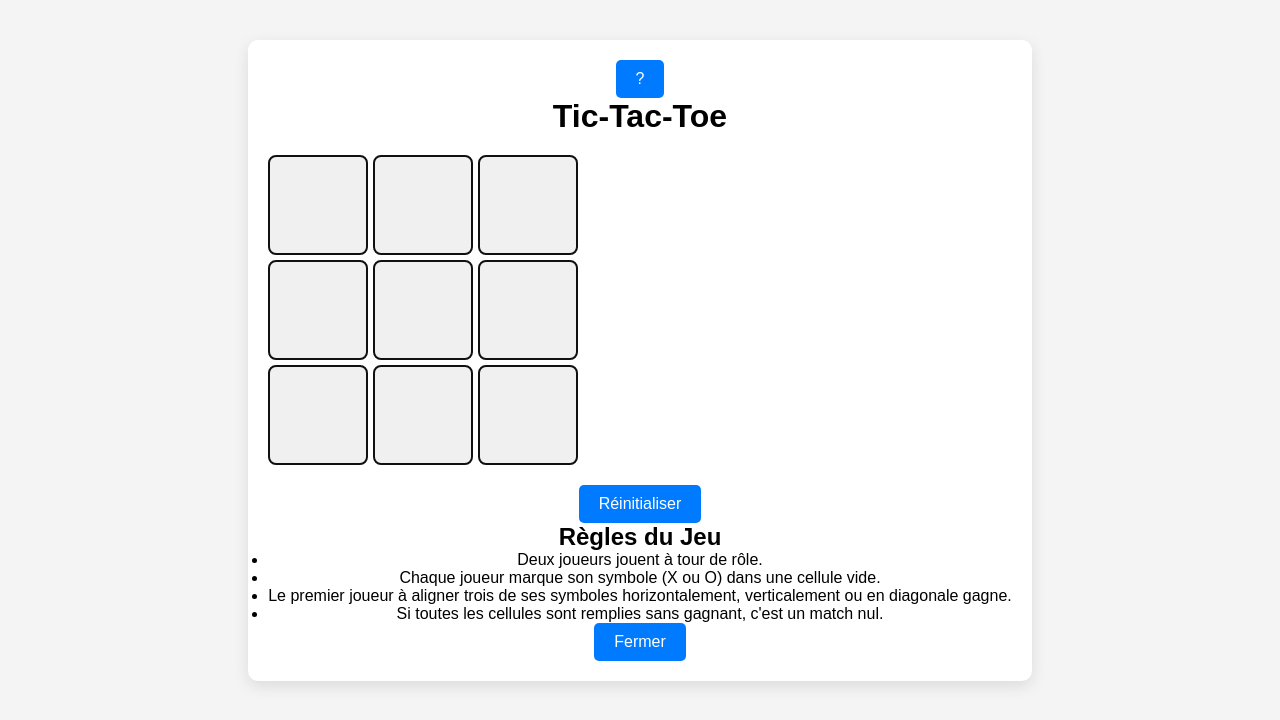
Repository: FTheo57/EvaluationGit
Page: index.html
The author's editor kept a copy of each file at every save. The page is drawn from the files as they stood at one save, then again after the next save.
The browser window is 1280 px wide. The pictures show the whole page.

Above is the page before, as saved 2025-03-10 16:17:40.

After the next save:
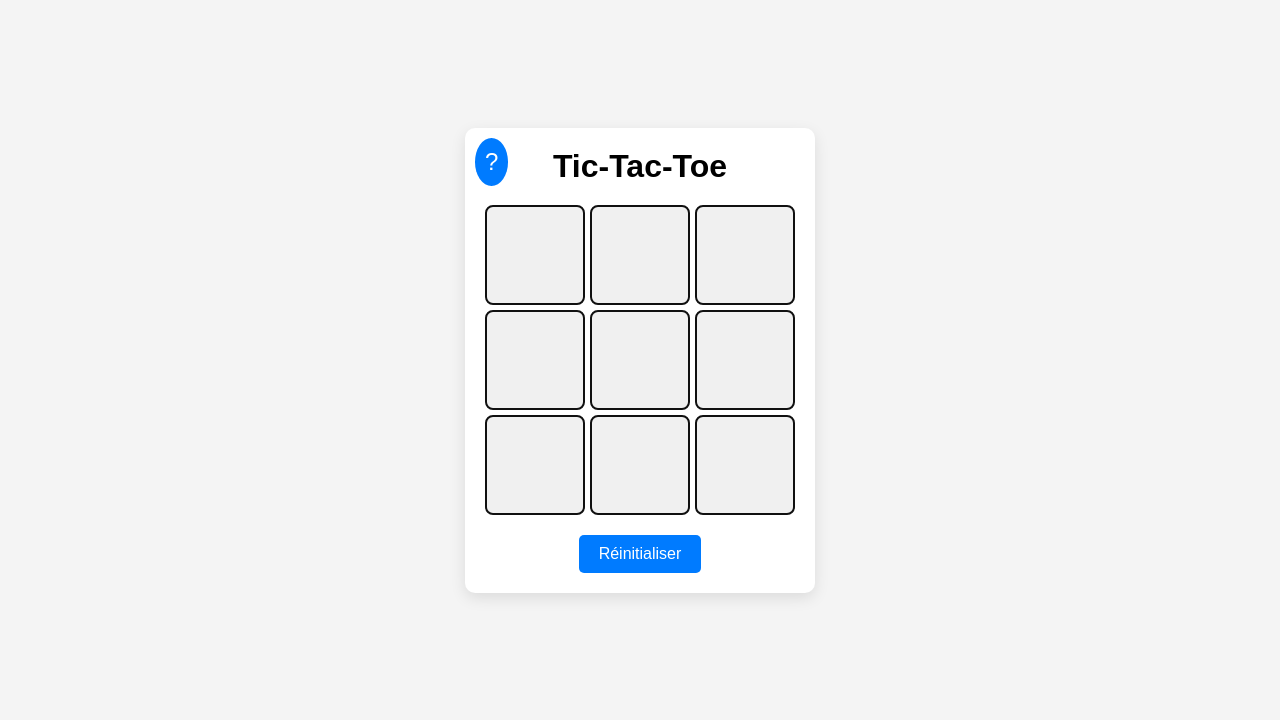
Saved 36 s later.
--- a/css/styles.css
+++ b/css/styles.css
@@ -67,3 +67,63 @@ button {
 button:hover {
     background-color: #0056b3;
 }
+.rules-btn {
+    position: absolute;
+    top: 10px;
+    left: 10px;
+    padding: 10px;
+    font-size: 1.5rem;
+    background-color: #007bff;
+    color: white;
+    border: none;
+    border-radius: 50%;
+    cursor: pointer;
+    transition: background-color 0.3s ease;
+}
+
+.rules-btn:hover {
+    background-color: #0056b3;
+}
+
+/* Styles pour la popup */
+.popup {
+    display: none; /* Cachée par défaut */
+    position: fixed;
+    top: 0;
+    left: 0;
+    width: 100%;
+    height: 100%;
+    background-color: rgba(0, 0, 0, 0.5); /* Fond sombre transparent */
+    justify-content: center;
+    align-items: center;
+}
+
+.popup-content {
+    background-color: white;
+    padding: 20px;
+    border-radius: 10px;
+    text-align: center;
+    width: 300px;
+}
+
+.popup h2 {
+    margin-bottom: 10px;
+}
+
+.popup ul {
+    list-style-type: none;
+    margin-bottom: 20px;
+}
+
+.popup button {
+    background-color: #007bff;
+    color: white;
+    border: none;
+    border-radius: 5px;
+    padding: 10px;
+    cursor: pointer;
+}
+
+.popup button:hover {
+    background-color: #0056b3;
+}
